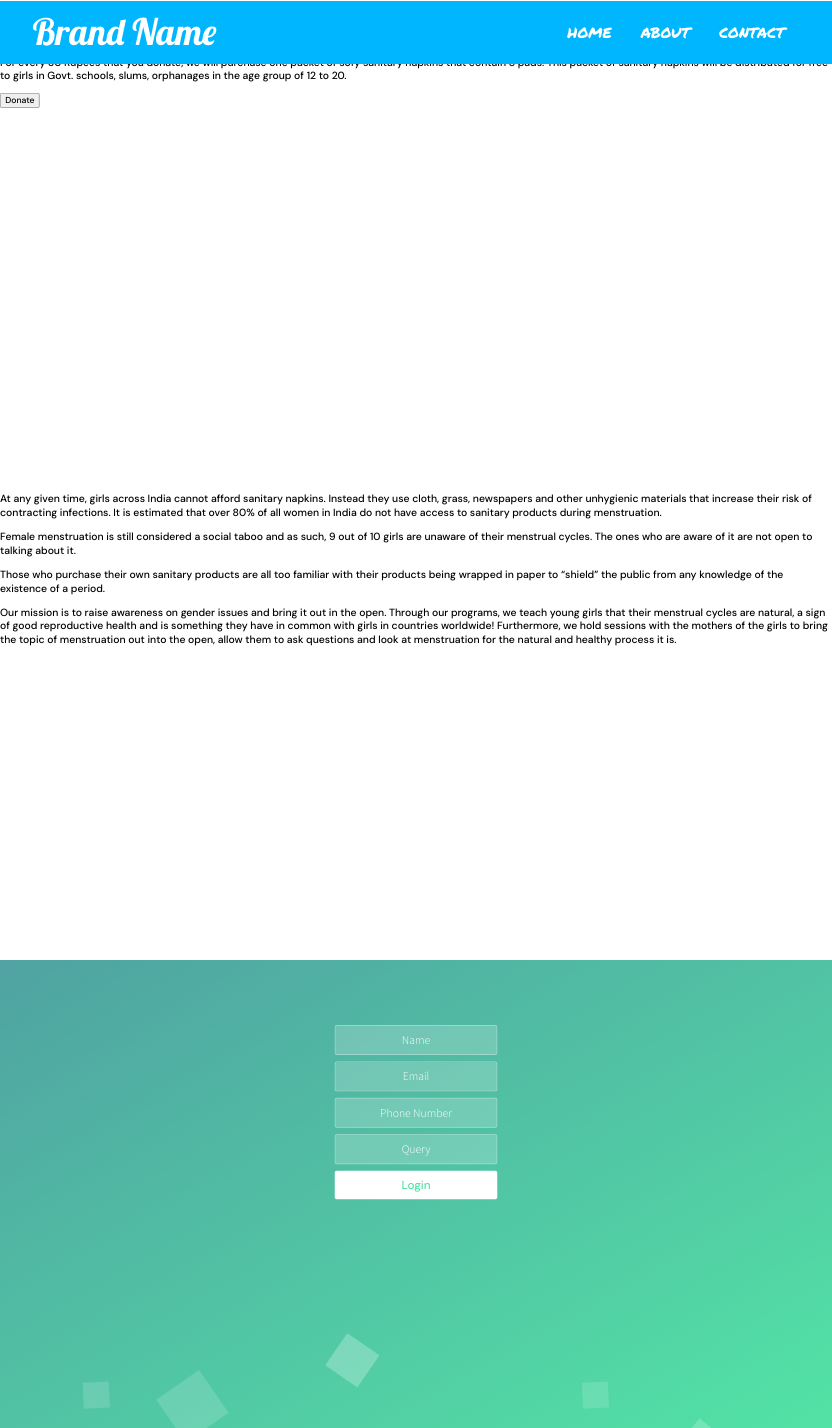
Repository: Jrap-bit/PeriodofSharing
Page: index.html
The author's editor kept a copy of each file at every save. The page is drawn from the files as they stood at one save, then again after the next save.
The browser window is 1280 px wide. The pictures show the whole page, at 65% of full size.

Above is the page before, as saved 2022-01-14 00:22:22.

After the next save:
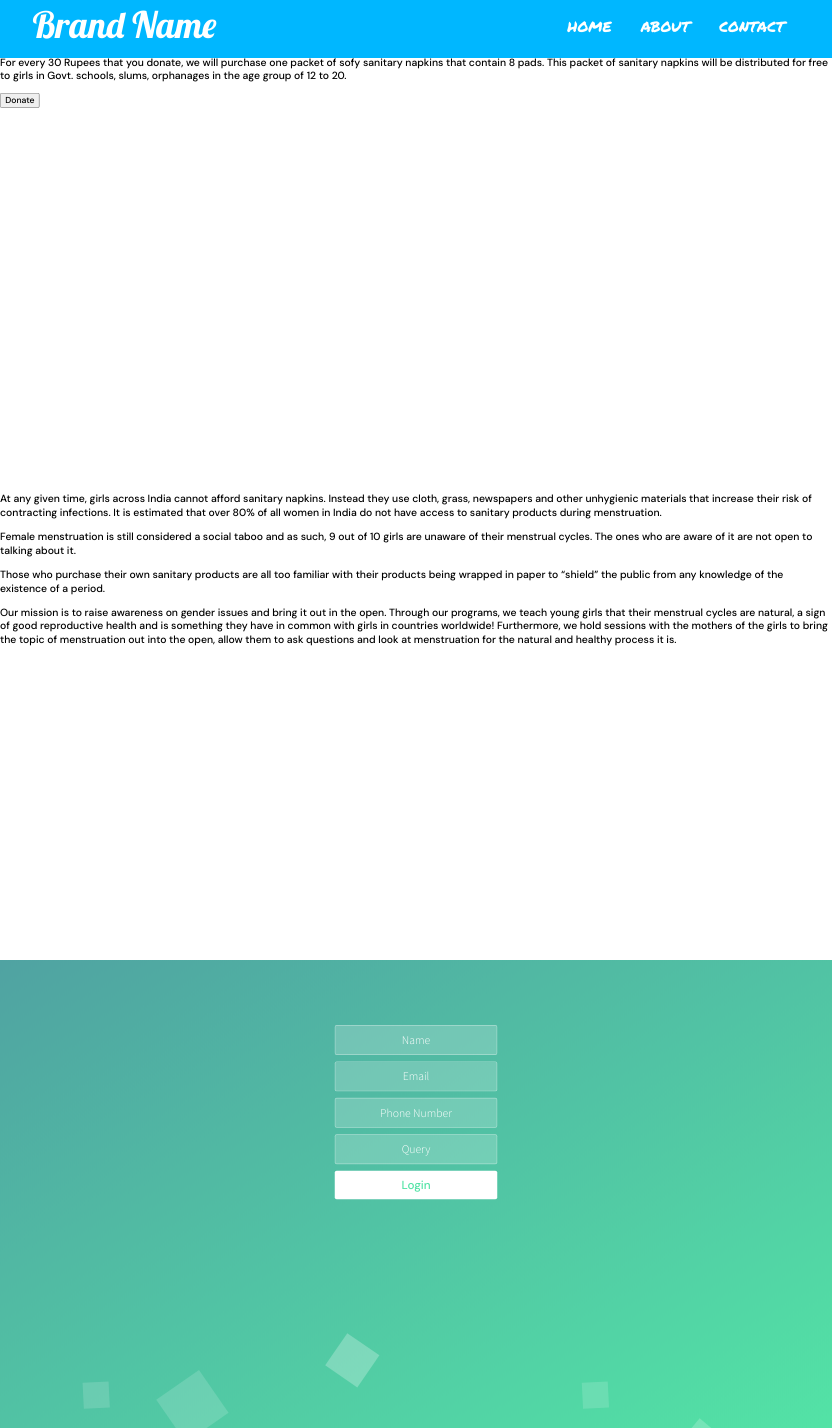
Saved 5 s later.
--- a/style.css
+++ b/style.css
@@ -220,7 +220,7 @@ html{
     background-color: rgb(0, 183, 255);
     color: white;
     width: 100%;
-    margin-top: -20px;
+    margin-top: -30px;
     position: fixed;
 }
 
